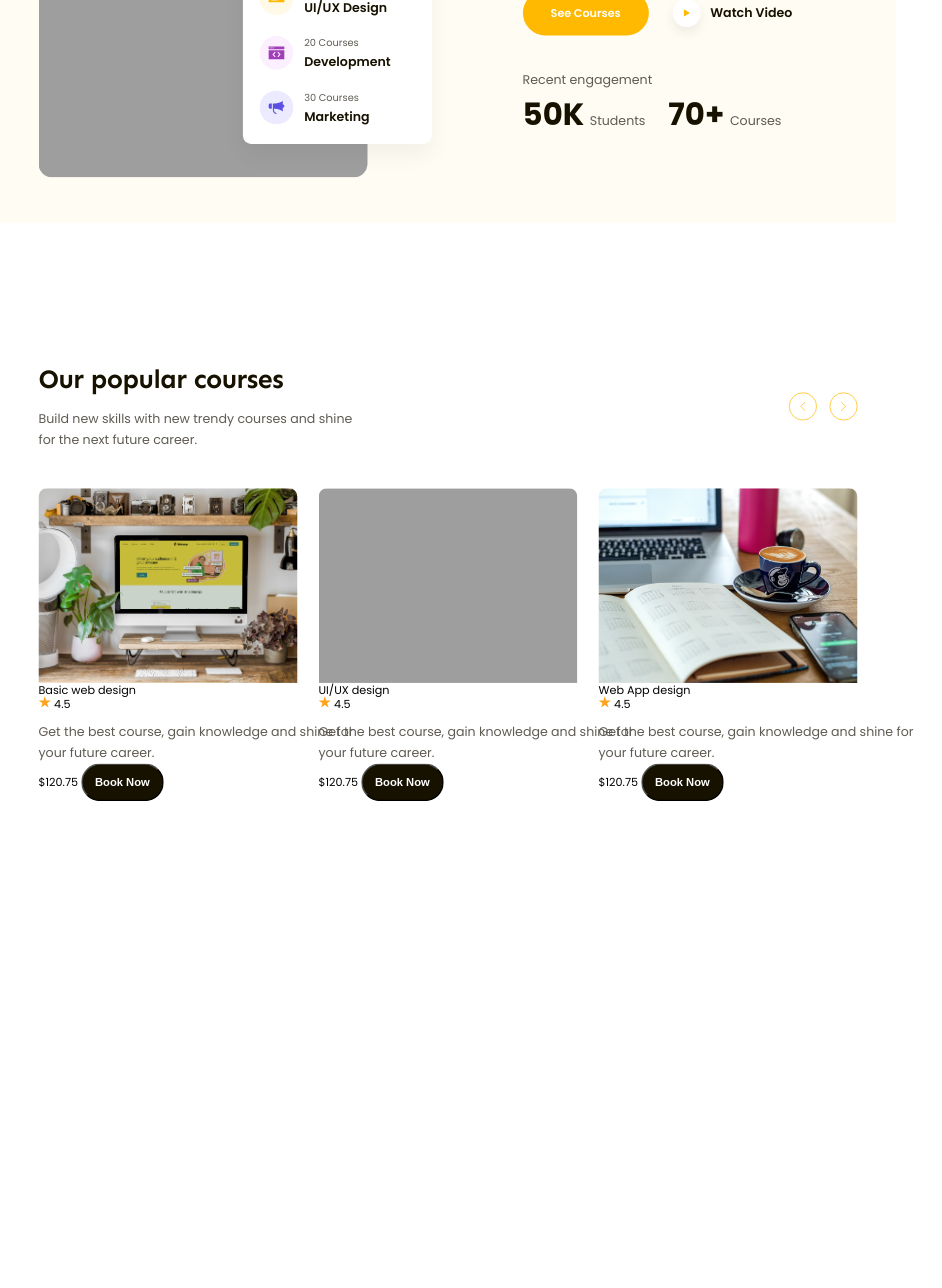
Repository: dovanlanh/f8-project-02
Page: index.html
These files come from the project's save history. The page is drawn as it stood at one moment and after the next save; the edit follows.
The browser window is 1280 px wide. The page is 1313 px wide, then 1345 px, then 1313 px, so the pictures cover 1345 px, including what lies to the right of the window. The pictures show the part of the page from y = 582 to 2422 px (the page is 10000 px tall), at 70% of full size.
Pictures or frames that could not be fetched are drawn as grey boxes.

Above is the page before, as saved 2023-02-05 17:45:12.

### index.html
<!DOCTYPE html>
<html lang="en">
<head>
    <meta charset="UTF-8">
    <meta http-equiv="X-UA-Compatible" content="IE=edge">
    <meta name="viewport" content="width=device-width, initial-scale=1.0">
    <title>F8 Project 02</title>
    <!-- reset css -->
    <link rel="stylesheet" href="./assets/css/reset.css">
    <!-- embed fonts -->
    <link rel="preconnect" href="https://fonts.googleapis.com">
    <link rel="preconnect" href="https://fonts.gstatic.com" crossorigin>
    <link href="https://fonts.googleapis.com/css2?family=Poppins:ital,wght@0,400;0,500;0,600;0,700;1,400&family=Sen:wght@700&display=swap" rel="stylesheet">
    <!-- style -->
    <link rel="stylesheet" href="./assets/css/styles.css">
</head>
<body>
    <main style=" height: 10000px">
        <!-- header  -->
        <header class="header fixed">
            <div class="main-content">
                    <div class="body">
                        <!-- logo -->
                        <img src="./assets/img/Lesson.svg" alt="Lesson" class="Logo">
                        <!-- nav -->
                        <nav class="nav">
                            <ul>
                                <li class="active">
                                    <a href="#!">Home</a>
                                </li>
                                <li>
                                    <a href="#!">Courses</a>
                                </li>
                                <li>
                                    <a href="#!">Pricing</a>
                                </li>
                                <li>
                                    <a href="#!">Reviews</a>
                                </li>
                            </ul>
                        </nav>
                        <!-- active -->
                        <div class="action">
                            <a href="#!" class="btn sign-up-btn">Sign Up</a>
                        </div>
                    </div>
            </div>
        </header>
        <!-- Hero -->
        <div class="hero">
            <div class="main-content">
                <div class="body">
                    <!-- Hero left -->
                    <div class="media-block">
                        <img src="./assets/img/guy-lesson.svg" alt="" class="img">
                        <div class="hero-summary">
                            <div class="item">
                                <div class="icon">
                                    <img src="./assets/img/list-icon1.svg" alt="">
                                </div>
                                <div class="info">
                                    <p class="label">20 Courses</p>
                                    <p class="tittle">UI/UX Design</p>
                                </div>
                            </div>
                            <div class="item">
                                <div class="icon">
                                    <img src="./assets/img/list-icon2.svg" alt="">
                                </div>
                                <div class="info">
                                    <p class="label">20 Courses</p>
                                    <p class="tittle">Development</p>
                                </div>
                            </div>
                            <div class="item">
                                <div class="icon">
                                    <img src="./assets/img/list-icon3.svg" alt="">
                                </div>
                                <div class="info">
                                    <p class="label">30 Courses</p>
                                    <p class="tittle">Marketing</p>
                                </div>
                            </div>
                        </div>
                    </div>
                    <!-- hero-right -->
                    <div class="content-block">
                        <h1 class="heading lv1">Learn without limits and spread knowledge.</h1>
                        <p class="desc">
                            Build new skills for that “this is my year” feeling with courses, certificates, and degrees from world-class universities and companies.
                        </p>
                            <div class="cta-group">
                                <a href="#!" class="btn hero-cta">See Courses</a>
                                <button class="watch-video">
                                    <div class="icon">
                                        <img src="./assets/img/icon-watch-video.svg" alt="">
                                    </div>
                                    <span>Watch Video</span>
                                </button>
                            </div>
                        <p class="desc">Recent engagement</p>
                        <div class="desc stats">
                            <strong>50K</strong>Students
                            <strong>70+</strong>Courses
                        </div>
                    </div>
                </div>
            </div>
        </div>
        <!-- Popular -->
        <div class="popular">
            <div class="main-content">
                <!-- popular top -->
                <div class="popular-top">
                    <div class="info">
                        <h2 class="heading lv2">Our popular courses</h2>
                        <p class="desc">Build new skills with new trendy courses and shine for the next future career.</p>
                    </div>
                    <div class="controls">
                        <button class="control-btn">
                            <svg width="8" height="14" viewBox="0 0 8 14" fill="none" xmlns="http://www.w3.org/2000/svg">
                                <path d="M7 1L1 7L7 13" stroke="currentColor" stroke-linecap="round" stroke-linejoin="round"/>
                            </svg>
                        </button>
                        <button class="control-btn">
                            <svg width="8" height="14" viewBox="0 0 8 14" fill="none" xmlns="http://www.w3.org/2000/svg">
                                <path d="M1 1L7 7L1 13" stroke="currentColor" stroke-linecap="round" stroke-linejoin="round"/>
                            </svg>
                        </button>
                    </div>
                </div>
                <!-- popular-bottom -->
                <div class="course-list">
                    <!-- course item 1 -->
                    <div class="course-item">
                        <img src="./assets/img/img-popular/course1.jpg" alt="Basic web design" class="thumb">
                        <div class="info">
                            <div class="head">
                                <h3 class="tittle">Basic web design</h3>
                                <div class="rating">
                                    <img src="./assets/img/Star.svg" alt="star" class="star">
                                    <span class="value">4.5</span>
                                </div>
                            </div>
                            <p class="desc">Get the best course, gain knowledge and shine for your future career.</p>
                            <div class="foot">
                                <span class="price">$120.75</span>
                                <button class="btn">Book Now</button>
                            </div>
                        </div>
                    </div>
                    <!-- course item 2 -->
                    <div class="course-item">
                        <img src="./assets/img/img-popular/course2.jpg" alt="UI/UX design" class="thumb">
                        <div class="info">
                            <div class="head">
                                <h3 class="tittle">UI/UX design</h3>
                                <div class="rating">
                                    <img src="./assets/img/Star.svg" alt="star" class="star">
                                    <span class="value">4.5</span>
                                </div>
                            </div>
                            <p class="desc">Get the best course, gain knowledge and shine for your future career.</p>
                            <div class="foot">
                                <span class="price">$120.75</span>
                                <button class="btn">Book Now</button>
                            </div>
                        </div>
                    </div>
                    <!-- course item 3 -->
                    <div class="course-item">
                        <img src="./assets/img/img-popular/course3.jpg" alt="Web App design" class="thumb">
                        <div class="info">
                            <div class="head">
                                <h3 class="tittle">Web App design</h3>
                                <div class="rating">
                                    <img src="./assets/img/Star.svg" alt="star" class="star">
                                    <span class="value">4.5</span>
                                </div>
                            </div>
                            <p class="desc">Get the best course, gain knowledge and shine for your future career.</p>
                            <div class="foot">
                                <span class="price">$120.75</span>
                                <button class="btn">Book Now</button>
                            </div>
                        </div>
                    </div>
                </div>
            </div>
        </div>

    </main>
</body>
</html>

### assets/css/styles.css
* {
    box-sizing: border-box;
}
:root {
    --font-heading: sen, sans-serif;
    --primary-color:#FFB900;
}
html,
body {
    scroll-behavior: smooth;
    font-size: 62.5%;
}

html {
    font-size: 62.5%;
}

body {
    font-size: 1.6rem;
    font-family: 'Poppins', sans-serif;
}

/* common */
.heading {
    font-family: var(--font-heading);
    font-weight: 700;
    letter-spacing: -0.02em;
    color: #171100;
}
a {
    text-decoration: none;
}
.main-content {
    width: 1170px;
    max-width: calc(100% - 48px);
    margin-left: auto;
    margin-right: auto;
}
.btn {
    min-width: 118px;
    display: inline-block;
    padding: 0 16px;
    align-items: center;
    line-height: 50px;
    font-weight: 600;
    font-size: 1.6rem;
    text-align: center;
    color: #FFFFFF;
    background: #171100;
    border-radius: 999px;
}
.btn:hover {
    opacity: 0.9;
}
/* header */
.header {
    background:#FFFCF4;
}
.header.fixed {
    position: sticky;
    top: -32px;
    z-index: 1;
}
.header .body {
    display: flex;
    align-items: center;
    padding: 36px 0 8px;
}
.nav ul {
    display: flex;
}

.nav {
    margin-left: auto;
}
.nav a {
    position: relative;
    padding: 8px 21px;
    font-weight: 400;
    font-size: 1.6rem;
    color: #5F5B53;
}
.nav a:hover,
.nav li.active a {
    text-shadow: 1px 0 0 currentColor;
    color: #171100;
}
.nav li.active a::after {
    left: 21px;
    bottom: 6px;
    display: block;
    content: "";
    position: absolute;
    width: 12px;
    height: 2px;
    background: #171100;
    border-radius: 1px;
}
.header .sign-up-btn {
    min-width: 144px;
}
.header .action {
    margin-left: 49px;
}

/* hero */
.hero {
    padding: 56px 0 65px;
    background:#FFFCF4;
}
.hero .body {
    display: flex;
}
/* hero left */
.hero .media-block {
    width: 48%;
    position: relative;
}

.hero .media-block .img {
    width: 470px;
    height: 685px;
    object-fit: cover;
    border-radius: 20px;
    display: block;
}
.hero .media-block .hero-summary {
    position: absolute;
    right: 0;
    bottom: 48px;
}
.hero .hero-summary {
    width: 270px;
    padding: 24px;
    background: #FFFFFF;
    box-shadow: 0px 16px 32px rgba(0, 0, 0, 0.05);
    border-radius: 12px;
}
.hero-summary .item {
    display: flex;
    align-items: center;
}
.hero-summary .icon {
    width: 48px;
    height: 48px;
    border-radius: 50%;
    display: flex;
    align-items: center;
    justify-content: center;
    background: #FFF9E8;
}
.hero-summary .info {
    margin-left: 16px;
}
.hero-summary .label {
    font-weight: 400;
    font-size: 1.4rem;
    line-height: 1.86;
    color: #5F5B53;
}
.hero-summary .tittle {
    font-weight: 600;
    font-size: 1.8rem;
    line-height: 1.67;
    color: #171100;
}
.hero-summary .item + .item {
    margin-top: 22px;
}
.hero-summary .item:nth-of-type(2) .icon {
    background: #FCEFFF;
}
.hero-summary .item:nth-of-type(3) .icon {
    background: #EBEAFF;
}
/* hero right */
.hero .content-block {
    width: 52%;
    padding: 64px 0 0 130px;
}
.hero .content-block .heading.lv1 {
    font-size: 5.8rem;
    line-height: 1.17;
}
.content-block .desc {
    margin-top: 22px;
    font-weight: 400;
    font-size: 1.8rem;
    line-height: 1.67;
    color: #5F5B53;
}
.content-block .cta-group {
    margin: 38px 0 48px;
}
.content-block .cta-group .hero-cta{
    min-width: 180px;
    background-color: var(--primary-color);
    line-height: 64px;
}
.content-block .cta-group {
    display: flex;
    align-items: center;
}
.hero .watch-video {
    margin-left: 28px;
    display: flex;
    align-items: center;
    border: none;
    background: transparent;
    cursor: pointer;

}
.cta-group span {
    font-family: 'poppins', sans-serif;
    margin-left: 14px;
    font-weight: 600;
    font-size: 1.8rem;
    line-height: 1.67;
    color: #171100;
}
.hero .watch-video .icon {
    display: flex;
    align-items: center;
    justify-content: center;
    width: 40px;
    height: 40px;
    background: #FFFFFF;
    box-shadow: 0px 8px 16px rgba(0, 0, 0, 0.07);
    border-radius: 50%;
    cursor: pointer;
}
.hero .watch-video .icon:hover {
    background: orange;
    opacity: 0.5;
}
.hero .stats {
    margin: 8px 0 0 -28px;

}
.hero .stats strong {
    --font-heading: sen, sans-serif;
    padding: 0 8px 0 28px;
    font-weight: 700;
    font-size: 4.4rem;
    line-height: 1.23;
    color: #171100;
}
/* popular */
.popular {
    padding: 65px 0;
    margin-top: 135px;
}
.popular .heading.lv2 {
    font-size: 3.8rem;
    line-height: 1.26;
}
.popular .desc {
    margin-top: 16px;
    width: 458px;
    font-weight: 400;
    font-size: 1.8rem;
    line-height: 1.67;
    color: #5F5B53;
}
.popular .popular-top {
    display: flex;
    justify-content: space-between;
    align-items: center;
}
.popular-top .controls {
    display: flex;
    gap: 18px;
}
.popular-top .control-btn {
    display: flex;
    align-items: center;
    justify-content: center;
    width: 40px;
    height: 40px;
    color: var(--primary-color);
    border: 1px solid var(--primary-color);
    border-radius: 50%;
    background: transparent;
}
.popular-top .control-btn:hover {
    color: #fff;
    background: var(--primary-color);
    cursor: pointer;
}
/* Course list */
.popular .course-list {
    display: flex;
    gap: 30px;
    margin-top: 55px;
}
.popular .course-item {
    flex: 1;
    width: 370px;
}
.popular .course-item .thumb {
    width: 370px;
    height: 278px;
    object-fit: cover;
    border-radius: 12px 12px 0px 0px;
}

Loaded but not shown: assets/css/reset.css (common file)

After the next save:
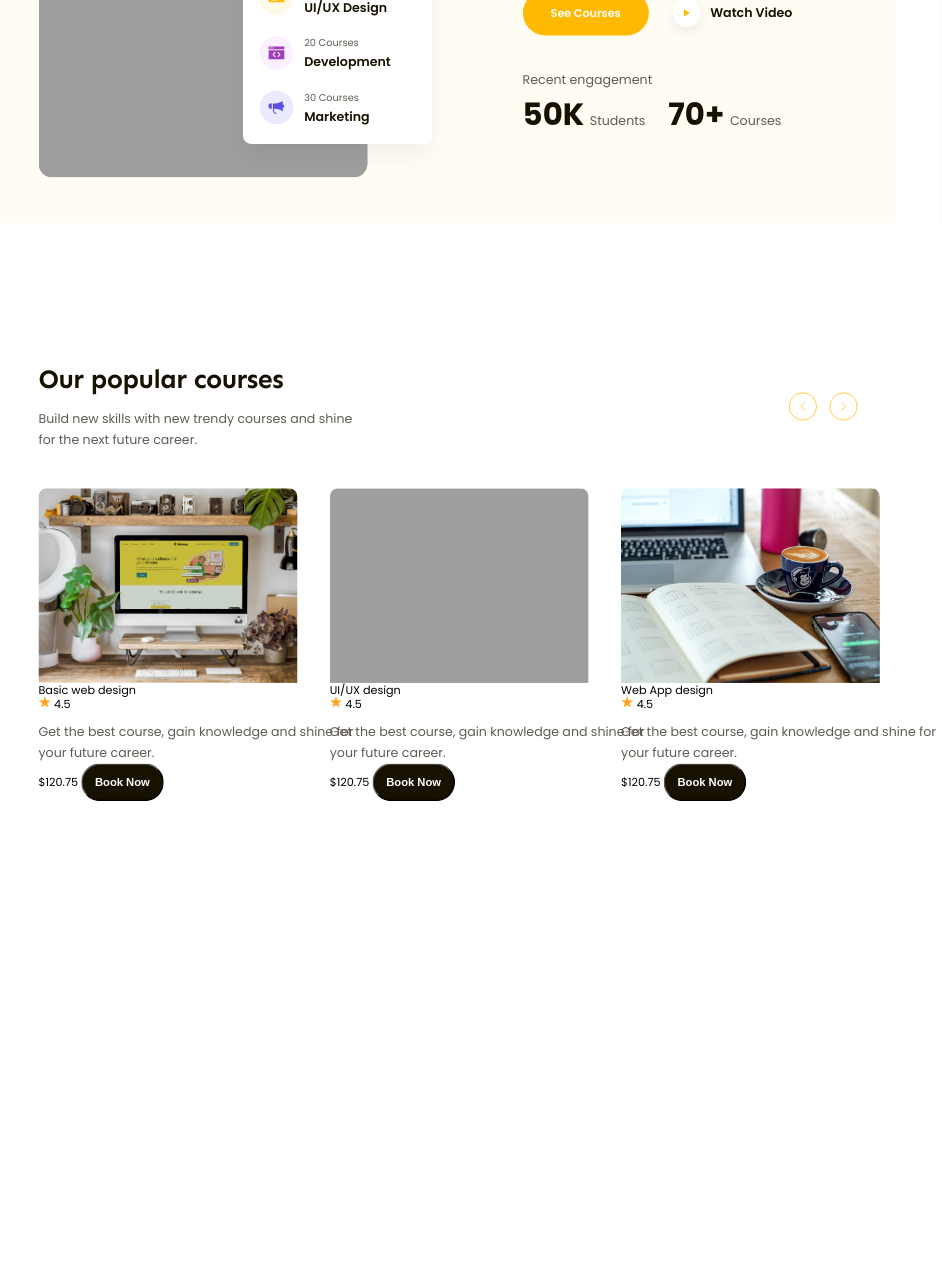
Saved 21 s later.
--- a/assets/css/styles.css
+++ b/assets/css/styles.css
@@ -295,7 +295,7 @@
 }
 .popular .course-item {
     flex: 1;
-    width: 370px;
+    width: 33%;
 }
 .popular .course-item .thumb {
     width: 370px;

After the save that followed:
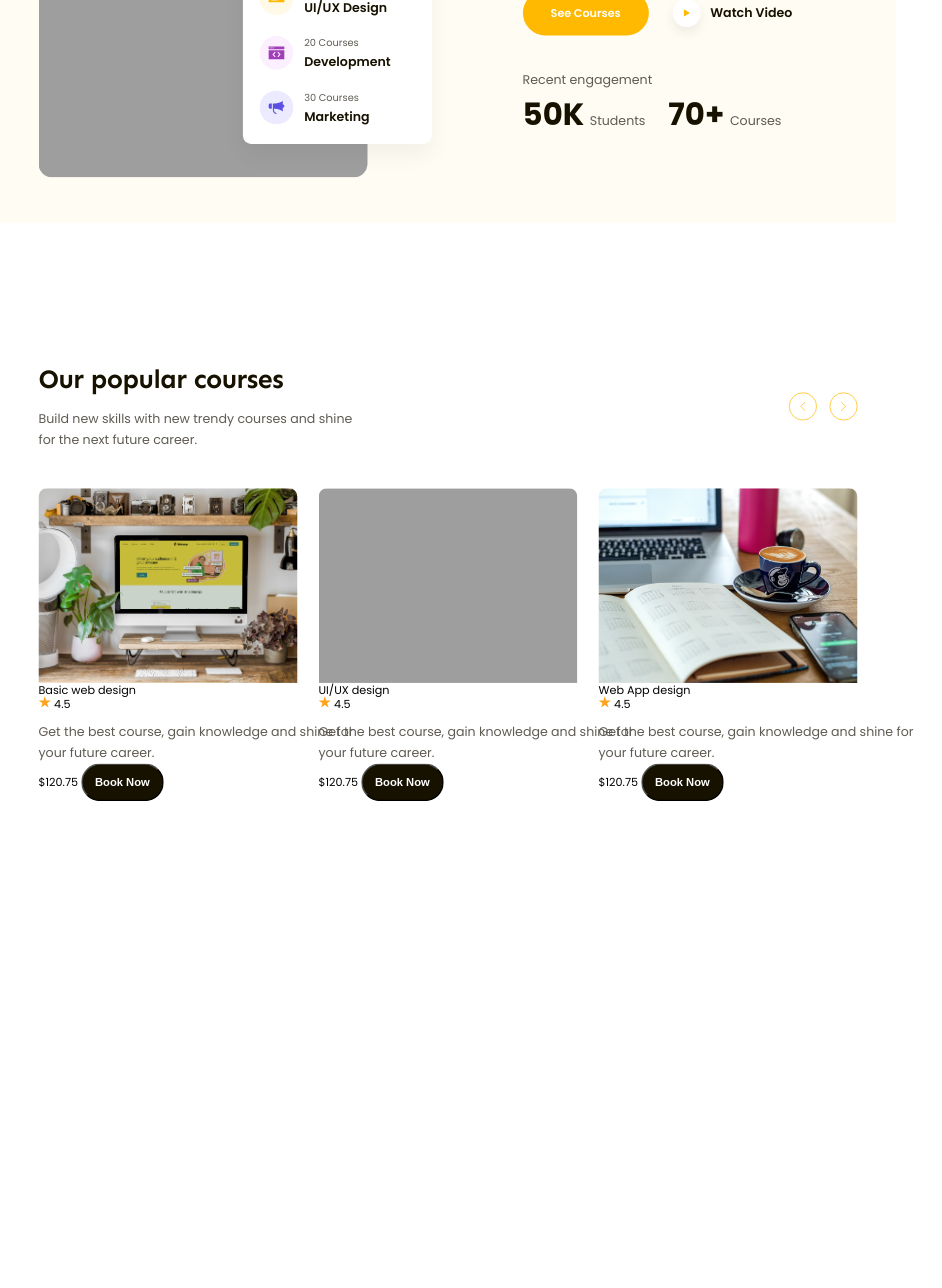
Saved 56 s later.
--- a/assets/css/styles.css
+++ b/assets/css/styles.css
@@ -295,7 +295,7 @@
 }
 .popular .course-item {
     flex: 1;
-    width: 33%;
+    width: 370px;
 }
 .popular .course-item .thumb {
     width: 370px;
